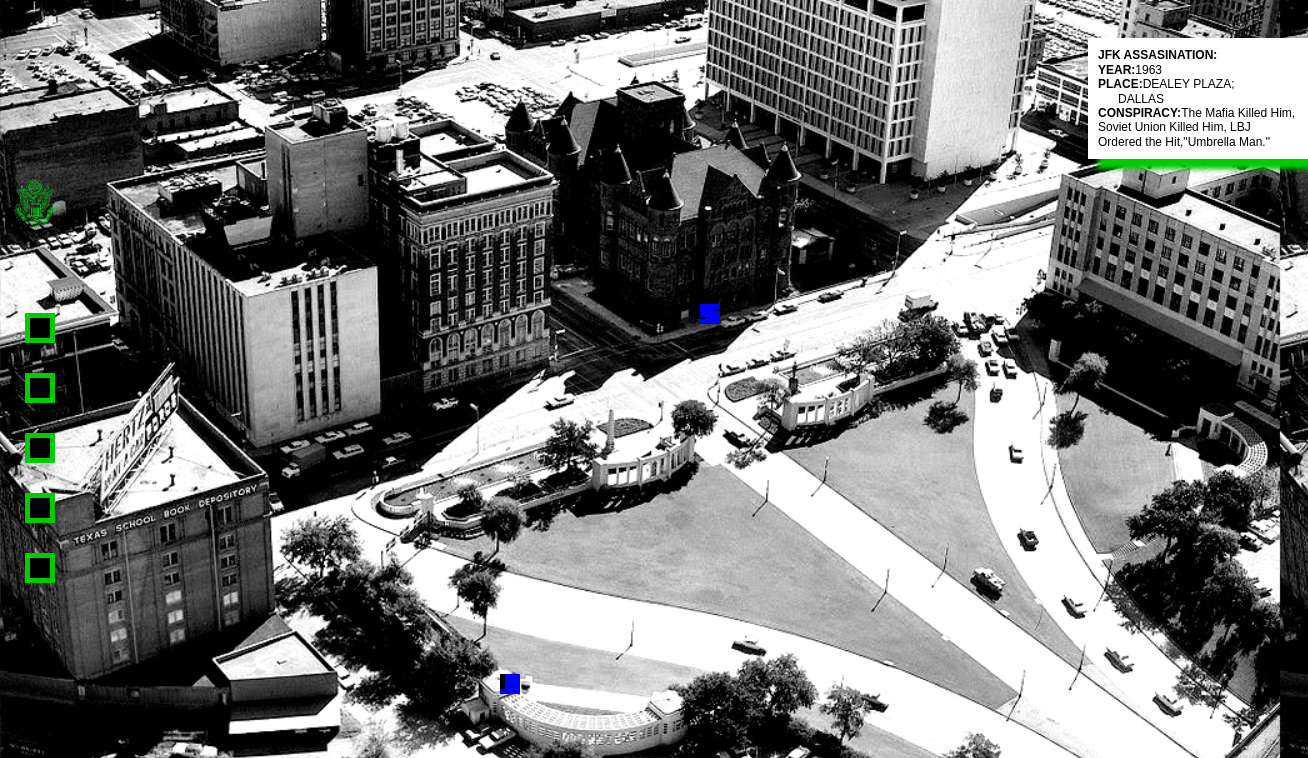
Repository: bradk647/bradk647.github.io
Page: TypeWeb/Jfk/jfk.html
The author's editor kept a record of every edit. The page is drawn from the files as they stood at one moment, then again after the next edit.
The browser window is 1280 px wide. The page is 1308 px wide, so the pictures cover 1308 px, including what lies to the right of the window. The pictures show the whole page.
Some web fonts or font styles are not loaded; a fallback is used.

Above is the page before.

### TypeWeb/Jfk/jfk.html
<html>
<head>
    <title>JFK</title>
    <link href='jfk.css' rel='stylesheet'>
    <link href='menutype.1.css' rel='stylesheet'>
    <link href='../911/911blocks.css' rel='stylesheet'>
    <link href='http://fonts.googleapis.com/css?family=Lekton:400,700,400italic' rel='stylesheet' type='text/css'>
    <link rel="icon" href="../black.png" sizes="16x16 32x32" type="image/png">
<body>
    <div class="infobox"><strong>JFK ASSASINATION:</strong><br/>
    <strong>YEAR:</strong>1963<br />
   <strong>PLACE:</strong>DEALEY PLAZA;<br />&nbsp &nbsp &nbsp DALLAS
   <br /><strong>CONSPIRACY:</strong>The Mafia Killed Him, Soviet Union Killed Him, LBJ Ordered the Hit,"Umbrella Man."
    </div>

    <a href="../Home/typeface.html"><img src="../Home/seal.png" id="seal" height="90" width="90"></a>
    <div class="menu">
        <a href="../Jfk/jfk.html">
            <div class="tile1"></div>
            <div class="d-wrapper">
                <div class="letterdblock"></div>
            <div class="whiteblock1d"></div>
    </div>
    <a href="../911/911new.html">
            <div class="tile2"></div>
            <div class="nine-wrapper">
        <div class="number9block"></div>
        <div class="whiteblock9-1"></div>
        <div class="whiteblock9-2"></div>
    </div></a>
         <a href="../Area51/area51.html">
            <div class="tile3"></div>
            <div class="a-wrapper">
        <div class="letterablock"></div>
            <div class="whiteblock1a"></div>
            <div class="whiteblock2a"></div>
         </div></a>
    <a href="../Pent/pentagon.html">
            <div class="tile4"></div>
            <div class="p-wrapper">
        <div class="letterpblock"></div>
        <div class="whiteblock1p"></div>
        <div class="whiteblock2p"></div>
        </div>
        </a>
            <a href="../Moon/moon.html"><div class="tile5"></div>
            <div class="m-wrapper">
        <div class="lettermblock"></div>
        <div class="whiteblock1m"></div>
        <div class="whiteblock2m"></div>
        <div class="whiteblock3m"></div>
    </div></a>
       </div>

    <a href="http://www.indyweek.com/imager/b/magnum/3192029/8507/lho-mug.jpg" onclick="return popitup('http://www.indyweek.com/imager/b/magnum/3192029/8507/lho-mug.jpg')"
	> <div class="l-wrapper2">
        <div class="letterlblock2" id="firstblock"></div>
            <div class="whiteblock1l2"></div>
            <div class="whiteblock2l2"></div>
    </div></a>

    <a href="http://indoo.jw.lt/Animasi/Alam/Cuaca/umbrella_wapday-com.gif" onclick="return popitup('http://indoo.jw.lt/Animasi/Alam/Cuaca/umbrella_wapday-com.gif')"
	> <div class="u-wrapper3">
        <div class="letterublock3" id="firstblock1"></div>
            <div class="whiteblock1u3"></div>

    </div></a>

    <a href="http://www.jfklancer.com/Ford-Rankin.html" onclick="return popitup('http://www.jfklancer.com/Ford-Rankin.html')"
	> <div class="s-wrapper1">
        <div class="lettersblock1" id="firstblock1"></div>
            <div class="whiteblock1s1"></div>
            <div class="whiteblock2s1"></div>
    </div></a>

    <a href="http://www.washingtonpost.com/opinions/meet-the-respectable-jfk-conspiracy-theorists/2014/09/19/b5eb28e0-3deb-11e4-b03f-de718edeb92f_story.html" onclick="return popitup('http://www.indyweek.com/imager/b/magnum/3192029/8507/lho-mug.jpg')"
	> <div class="r-wrapper2">
        <div class="letterrblock2" id="firstblock"></div>
            <div class="whiteblock1r2"></div>
            <div class="whiteblock2r2"></div>
            <div class="whiteblock3r2"></div>
    </div></a>

    <a href="http://www.history.com/this-day-in-history/john-f-kennedy-assassinated" onclick="return popitup('http://indoo.jw.lt/Animasi/Alam/Cuaca/umbrella_wapday-com.gif')"
	> <div class="h-wrapper3">
        <div class="letterhblock3" id="firstblock1"></div>
            <div class="whiteblock1h3"></div>

    </div></a>

    <a href="http://www.jfklibrary.org/JFK/JFK-in-History/November-22-1963-Death-of-the-President.aspx" onclick="return popitup('http://www.jfklancer.com/Ford-Rankin.html')"
	> <div class="j-wrapper1">
        <div class="letterjblock1" id="firstblock1"></div>
            <div class="whiteblock1j1"></div>
    </div></a>

    <a href="http://www.jfklancer.com/Ford-Rankin.html" onclick="return popitup('http://www.jfklancer.com/Ford-Rankin.html')"
	> <div class="s-wrapper1">
        <div class="lettersblock1" id="firstblock1"></div>
            <div class="whiteblock1s1"></div>
            <div class="whiteblock2s1"></div>
    </div></a>

    <a href="http://americanfreepress.net/?p=14249" onclick="return popitup('http://www.indyweek.com/imager/b/magnum/3192029/8507/lho-mug.jpg')"
	> <div class="i-wrapper2">
        <div class="letteriblock2" id="firstblock"></div>
            <div class="whiteblock1i2"></div>
            <div class="whiteblock2i2"></div>
    </div></a>

    <a href="http://www.bostonglobe.com/metro/2013/11/24/his-brother-keeper-robert-kennedy-saw-conspiracy-jfk-assassination/TmZ0nfKsB34p69LWUBgsEJ/story.html" onclick="return popitup('http://indoo.jw.lt/Animasi/Alam/Cuaca/umbrella_wapday-com.gif')"
	> <div class="r-wrapper3">
        <div class="letterrblock3" id="firstblock1"></div>
            <div class="whiteblock1r5"></div>
            <div class="whiteblock2r5"></div>
            <div class="whiteblock3r5"></div>

    </div></a>

    <a href="http://www.slate.com/articles/news_and_politics/history/2013/11/john_f_kennedy_conspiracy_theories_debunked_why_the_magic_bullet_and_grassy.html" onclick="return popitup('http://www.jfklancer.com/Ford-Rankin.html')"
	> <div class="s-wrapper1">
        <div class="lettersblock4" id="firstblock1"></div>
            <div class="whiteblock1s4"></div>
    </div></a>




</body>
  <script language="javascript" type="text/javascript">

function popitup(url) {
	newwindow=window.open(url,'name','height=350,width=300');
	if (window.focus) {newwindow.focus()}
	return false;
}

function popitup(url) {
	newwindow=window.open(url,'name','height=300,width=250');
	if (window.focus) {newwindow.focus()}
	return false;
}

function popitup(url) {
	newwindow=window.open(url,'name','height=300,width=250');
	if (window.focus) {newwindow.focus()}
	return false;
}

function popitup(url) {
	newwindow=window.open(url,'name','height=350,width=300');
	if (window.focus) {newwindow.focus()}
	return false;
}

function popitup(url) {
	newwindow=window.open(url,'name','height=300,width=250');
	if (window.focus) {newwindow.focus()}
	return false;
}

function popitup(url) {
	newwindow=window.open(url,'name','height=300,width=250');
	if (window.focus) {newwindow.focus()}
	return false;
}


</script>
</html>

### TypeWeb/Jfk/jfk.css
body {
  background-color:black;
  left: 0;
  margin: 0;
  overflow: hidden;
  position: relative;
  background-image: url('jfknew.jpg');
  height: 100%;
  -webkit-background-size: cover;
     -moz-background-size: cover;
       -o-background-size: cover;
          background-size: cover;

}

.infobox{
    width: 200px;
    font-family:'Lekton',sans-serif;
    font-size:12px;
    line-height:1.2em;
    padding: 10px;
    background-color:white;
    -webkit-box-shadow: 10px 10px 5px 0px rgba(0,204,0,1);
-moz-box-shadow: 10px 10px 5px 0px rgba(0,204,0,1);
box-shadow: 10px 10px 5px 0px rgba(0,204,0,1);
margin-left:85%;
margin-top:3%;
}

.menu {
    position: relative;
  top: 20%;
  transform: translateY(-50%);
}

#seal {
    margin-left:-10px;
    margin-top:5px;
}
.tile1 {
    width:30px;
    height:30px;
    background:#00CC00;
    margin-left:25px;
    margin-top:50px;

}

.tile2 {
    width:30px;
    height:30px;
    background:#00CC00;
    margin-left:25px;
    margin-top:30px;
}

.tile3 {
    width:30px;
    height:30px;
    background:#00CC00;
    margin-left:25px;
    margin-top:30px;

}


.tile4 {
    width:30px;
    height:30px;
    background:#00CC00;
    margin-left:25px;
    margin-top:30px;
}


.tile5 {
    width:30px;
    height:30px;
    background:#00CC00;
    margin-left:25px;
    margin-top:30px;
}

### TypeWeb/Jfk/menutype.1.css
.a-wrapper {
    position:relative;
    display:inline-block;
    margin-top:-25px;
    margin-left:30;
}

.letterablock {
    width:20px;
    height:20px;
    background-color:#000;
    position:absolute;

}

.whiteblock1a {
    width:10px;
    height:2px;
    background-color: #000;
    position:absolute;
    top: 5px;
    left: 5px;

}
.whiteblock2a {
    width:10px;
    height:6px;
    background-color:#000;
    position:absolute;
    bottom: -20px;
    left: 5px;
}

.a-wrapper:hover .whiteblock1a {
    background-color: #00CC00;
}

.a-wrapper:hover .whiteblock2a {
    background-color: #00CC00;
}



.d-wrapper {
    position:relative;
    display:inline-block;
    margin-left:30px;
    margin-top:-25px;
}

.letterdblock {
    width:20px;
    height:20px;
    background-color:#000;
    position:absolute;
}

.whiteblock1d {
    width:11px;
    height:10px;
    background-color:#000;
    position:absolute;
    top:5px;
    left:6px;
}

.d-wrapper:hover .whiteblock1d {
    background: #00CC00
}



.m-wrapper {
    position:relative;
    display:inline-block;
    margin-top:-25px;
    margin-left:30px;
}

.lettermblock {
    width:20px;
    height:20px;
    background-color:#000;
    position:absolute;
}

.whiteblock1m {
    width:10px;
    height:5px;
    background-color:#000;
    position:absolute;
    top:0px;
    left:5px;
}

.whiteblock2m {
    width:2px;
    height:5px;
    background-color:#000;
    position:absolute;
    top:15px;
    left:5px;
}

.whiteblock3m {
    width:2px;
    height:5px;
    background-color:#000;
    position:absolute;
    top:15px;
    left:13px;
}

.m-wrapper:hover .whiteblock1m {
    background-color: #00CC00;
}

.m-wrapper:hover .whiteblock2m {
    background-color: #00CC00;
}

.m-wrapper:hover .whiteblock3m {
    background-color: #00CC00;
}


.p-wrapper {
    position:relative;
    display:inline-block;
    margin-top:-25px;
    margin-left:30px;
}

.letterpblock {
    width:20px;
    height:20px;
    background-color:#000;
    position:absolute;
}

.whiteblock1p {
    width:10px;
    height:2px;
    background-color:#000;
    position:absolute;
    top:5px;
    left:5px;
}

.whiteblock2p {
    width:15px;
    height:5px;
    background-color:#000;
    position:absolute;
    top:15px;
    left:5px;
}

.p-wrapper:hover .whiteblock1p {
    background-color: #00CC00;
}

.p-wrapper:hover .whiteblock2p {
    background-color: #00CC00;
}


.nine-wrapper {
    position:relative;
    display:inline-block;
    margin-top:-25px;
    margin-left:30px;
}

.number9block {
    width:20px;
    height:20px;
    background-color:#000;
    position:absolute;
}
.whiteblock9-1 {
    width:10px;
    height:2px;
    background-color:#000;
    position:absolute;
    top:5px;
    left:5px;
}

.whiteblock9-2 {
    width:15px;
    height:5px;
    background-color:#000;
    position:absolute;
    top:15px;
    left:0px;
}

.nine-wrapper:hover .whiteblock9-1 {
    background-color: #00CC00;
}
.nine-wrapper:hover .whiteblock9-2 {
    background-color: #00CC00;
}

### TypeWeb/911/911blocks.css
.a-wrapper1 {
    position:absolute;
    margin-left:100px;
    margin-top:-400px;
}

.letterablock1 {
    width:20px;
    height:20px;
    background-color:#000;
    position:absolute;

}

.whiteblock1a1 {
    width:10px;
    height:2px;
    background-color: #000;
    position:absolute;
    top: 5px;
    left: 5px;

}
.whiteblock2a1 {
    width:10px;
    height:6px;
    background-color:#000;
    position:absolute;
    bottom: -20px;
    left: 5px;
}

.a-wrapper1:hover .whiteblock1a1 {
    background-color: #00CC00;
}

.a-wrapper1:hover .whiteblock2a1 {
    background-color: #00CC00;
}

.b-wrapper1 {
    position:absolute;
    margin-left:300px;
    margin-top:-300px;
}

.letterbblock1 {
    width:20px;
    height:20px;
    background-color:#000;
    position:absolute;

}

.whiteblock1b1 {
    width:10px;
    height:2px;
    background-color: #000;
    position:absolute;
    top: 5px;
    left: 5px;

}
.whiteblock2b1 {
    width:10px;
    height:2px;
    background-color: #000;
    position:absolute;
    bottom: -15px;
    left: 5px;
}

.b-wrapper1:hover .whiteblock1b1 {
    background-color: #00CC00;
}

.b-wrapper1:hover .whiteblock2b1 {
    background-color: #00CC00;
}

.c-wrapper1 {
    position:absolute;
    margin-left:700px;
    margin-top:-100px;
}

.lettercblock1 {
    width:20px;
    height:20px;
    background-color:#000;
    position:absolute;

}

.whiteblock1c1 {
    width:15px;
    height:9px;
    background-color:#000;
    position:absolute;
    top:5px;
    left:5px;
}

.c-wrapper1:hover .whiteblock1c1 {
    background: #fff
}

.i-wrapper1 {
    position:absolute;
    margin-left:500px;
    margin-top:-350px;
}

.letteriblock {
    width:20px;
    height:20px;
    background-color:blue;
    position:absolute;
}
.whiteblock1i1 {
    width:5px;
    height:10px;
    background-color:#000;
    position:absolute;
    top:5px;
    left:0px;
}
.whiteblock2i1 {
    width:5px;
    height:10px;
    background-color:#000;
    position:absolute;
    top:5px;
    right:-20px;
}

.i-wrapper1:hover .whiteblock1i1 {
    background-color: #fff;
}

.i-wrapper1:hover .whiteblock2i1 {
    background-color: #fff;
}

.j-wrapper1 {
    position:absolute;
    margin-left:500px;
    margin-top:100px;
}

.letterjblock1 {
    width:20px;
    height:20px;
    background-color:blue;
    position:absolute;
}

.whiteblock1j1 {
    width:5px;
    height:15px;
    background-color:#000;
    position:absolute;
    top:0px;
    left:0px;
}

.j-wrapper1:hover .whiteblock1j1 {
    background-color: #fff;
}

.n-wrapper1 {
    position:absolute;
    margin-left:550px;
    margin-top:-400px;
}

.letternblock1 {
    width:20px;
    height:20px;
    background-color:blue;
    position:absolute;
}

.whiteblock1n1 {
    width:10px;
    height:5px;
    background-color:#000;
    position:absolute;
    top:0px;
    left:5px;
}

.whiteblock2n1 {
    width:2px;
    height:5px;
    background-color:#000;
    position:absolute;
    top:15px;
    left:13px;
}

.n-wrapper1:hover .whiteblock1n1 {
    background-color: #fff;
}

.n-wrapper1:hover .whiteblock2n1 {
    background-color: #fff;
}

.n-wrapper2 {
    position:absolute;
    margin-left:850px;
    margin-top:-130px;
}

.letternblock2 {
    width:20px;
    height:20px;
    background-color:blue;
    position:absolute;
}

.whiteblock1n2 {
    width:10px;
    height:5px;
    background-color:#000;
    position:absolute;
    top:0px;
    left:5px;
}

.whiteblock2n2 {
    width:2px;
    height:5px;
    background-color:#000;
    position:absolute;
    top:15px;
    left:13px;
}

.n-wrapper2:hover .whiteblock1n2 {
    background-color: #fff;
}

.n-wrapper2:hover .whiteblock2n2 {
    background-color: #fff;
}
.w-wrapper1 {
    position:absolute;
    margin-left:200px;
    margin-top:-250px;
}

.letterwblock1 {
    width:20px;
    height:20px;
    background-color:blue;
    position:absolute;
}

.whiteblock1w1 {
    width:10px;
    height:5px;
    background-color:#000;
    position:absolute;
    top:15px;
    left:5px;
}

.whiteblock2w1 {
    width:2px;
    height:5px;
    background-color:#000;
    position:absolute;
    top:0px;
    left:5px;
}
.whiteblock3w1 {
    width:2px;
    height:5px;
    background-color:#000;
    position:absolute;
    top:0px;
    left:13px;
}

.w-wrapper1:hover .whiteblock1w1 {
    background-color: #fff;
}

.w-wrapper1:hover .whiteblock2w1 {
    background-color: #fff;
}
.w-wrapper1:hover .whiteblock3w1 {
    background-color: #fff;
}

.s-wrapper1 {
    position:absolute;
    margin-left:700px;
    margin-top:-270px;
}

.lettersblock1 {
    width:20px;
    height:20px;
    background-color:blue;
    position:absolute;
}

.whiteblock1s1 {
    width:5px;
    height:2px;
    background-color:#000;
    position:absolute;
    top:5px;
    left:15px;
}

.whiteblock2s1 {
    width:5px;
    height:2px;
    background-color:#000;
    position:absolute;
    top:13px;
    left:0px;
}

.s-wrapper1:hover .whiteblock1s1 {
    background-color: #fff;
}

.s-wrapper1:hover .whiteblock2s1 {
    background-color: #fff;
}

.nine-wrapper1 {
    position:absolute;
    margin-left:300px;
    margin-top:-200px;
}

.number9block1 {
    width:20px;
    height:20px;
    background-color:blue;
    position:absolute;
}
.whiteblock9-11 {
    width:10px;
    height:2px;
    background-color:#000;
    position:absolute;
    top:5px;
    left:5px;
}

.whiteblock9-21 {
    width:15px;
    height:5px;
    background-color:#000;
    position:absolute;
    top:15px;
    left:0px;
}

.nine-wrapper1:hover .whiteblock9-11 {
    background-color: #fff;
}
.nine-wrapper1:hover .whiteblock9-21 {
    background-color: #fff;
}

.nine-wrapper2 {
    position:relative;
    margin-left:400px;
    margin-top:-200px;
}

.number9block2 {
    width:20px;
    height:20px;
    background-color:blue;
    position:absolute;
}
.whiteblock9-12 {
    width:10px;
    height:2px;
    background-color:#000;
    position:absolute;
    top:5px;
    left:5px;
}

.whiteblock9-22 {
    width:15px;
    height:5px;
    background-color:#000;
    position:absolute;
    top:15px;
    left:0px;
}

.nine-wrapper2:hover .whiteblock9-12 {
    background-color: #fff;
}
.nine-wrapper2:hover .whiteblock9-22 {
    background-color: #fff;
}

After the next edit:
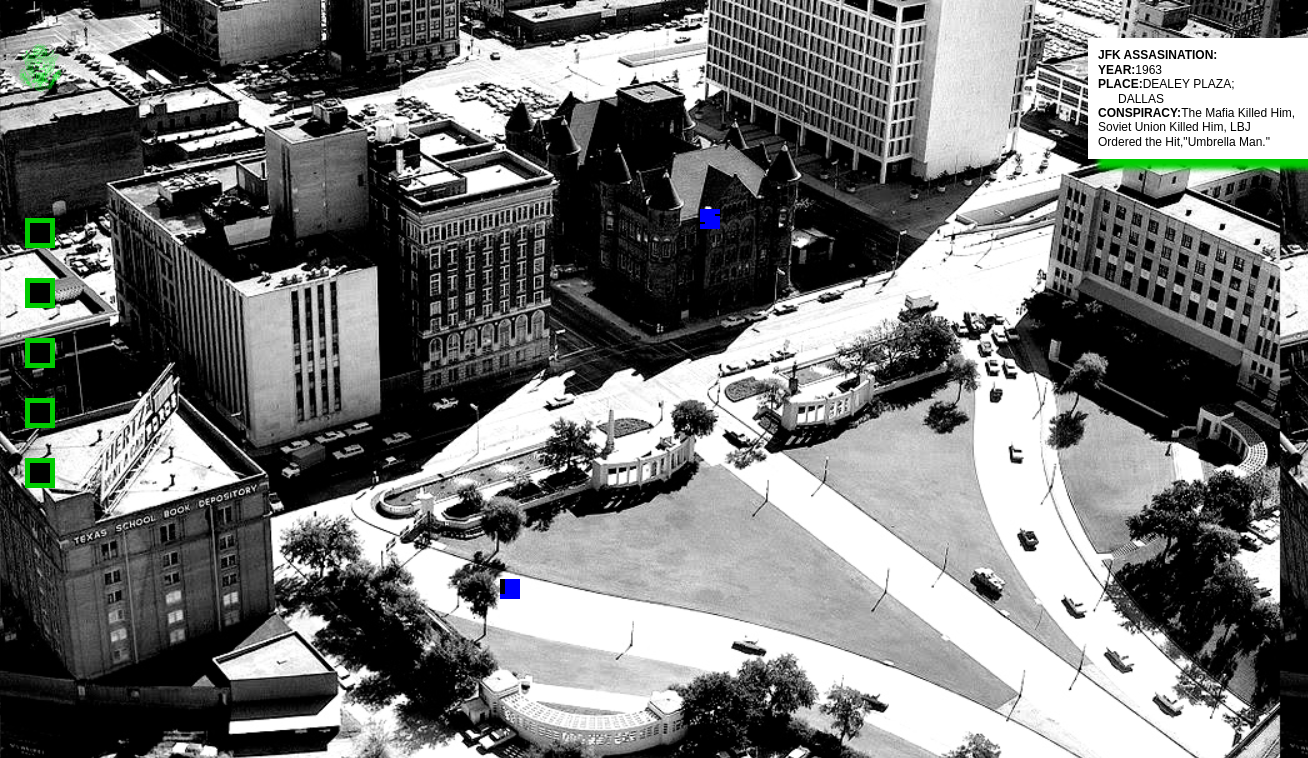
The edit:
--- a/TypeWeb/Jfk/jfk.css
+++ b/TypeWeb/Jfk/jfk.css
@@ -34,8 +34,8 @@
 }
 
 #seal {
-    margin-left:-10px;
-    margin-top:5px;
+    margin-left:-5px;
+    margin-top:-130px;
 }
 .tile1 {
     width:30px;
